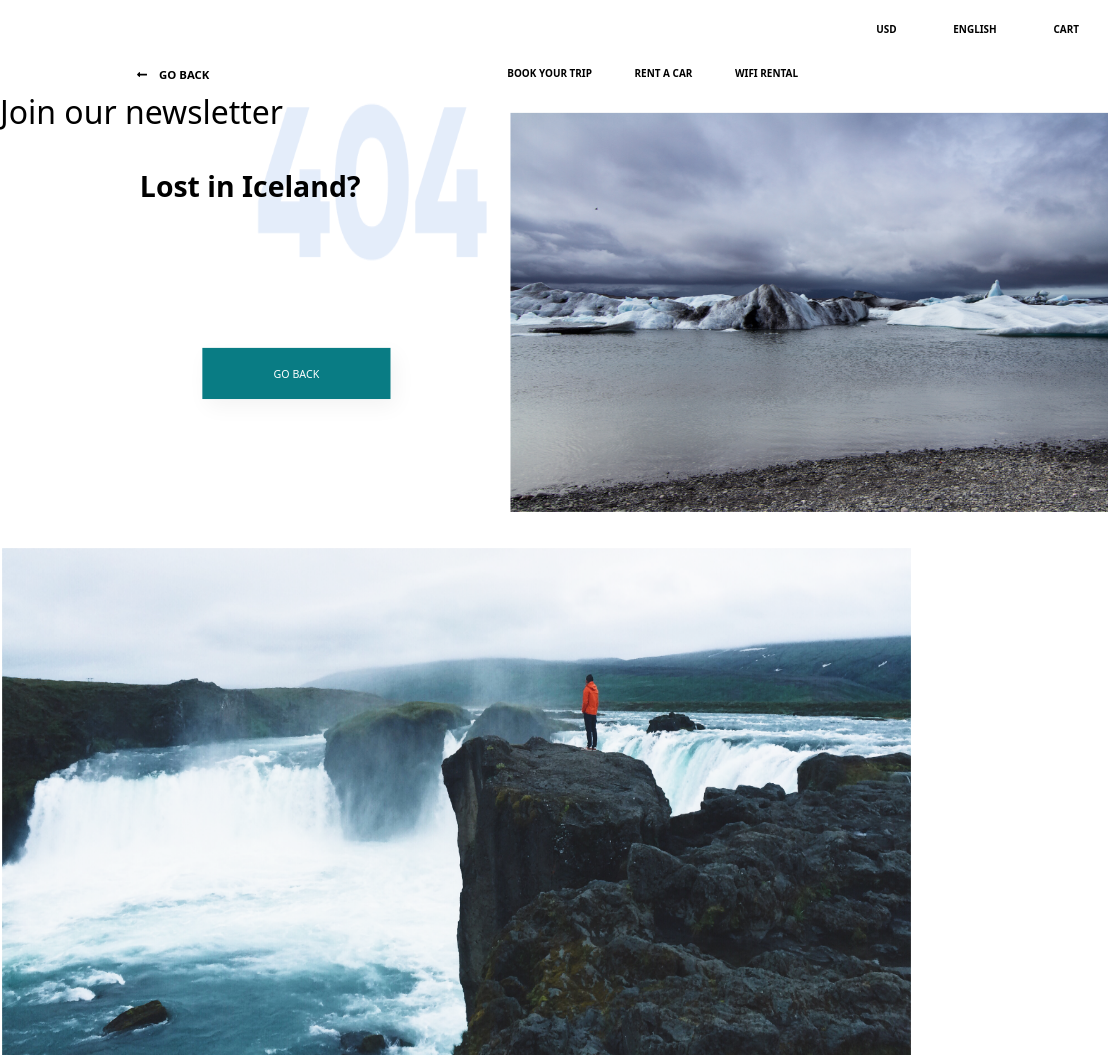
Repository: uh-sman/Iceland
Page: /
These files come from the project's save history. The page is drawn as it stood at one moment and after the next save; the edit follows.
The browser window is 1280 px wide. The page is 1561 px wide, so the pictures cover 1561 px, including what lies to the right of the window. The pictures show the whole page, at 71% of full size.
The project was rebuilt for these pictures with package versions that can differ from the ones it lists, and the page was loaded fresh each time.

Above is the page before, as saved 2022-09-08 22:46:06.

After the next save:
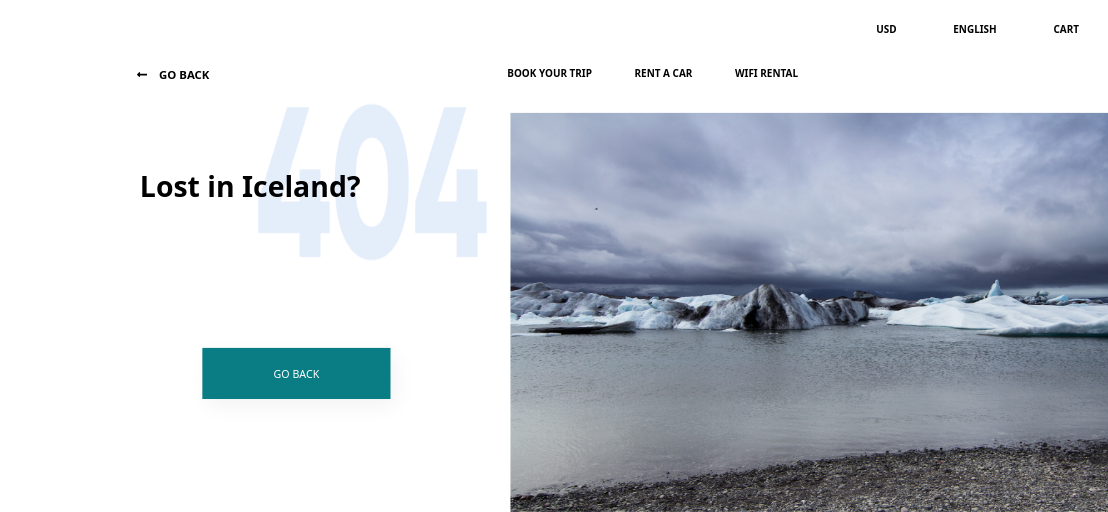
Saved 38 s later.
--- a/src/components/FullNav.jsx
+++ b/src/components/FullNav.jsx
@@ -10,9 +10,7 @@ export const FullNav = () => {
       <Topnav />
       <Bottomnav />
       <Hero />
-      <div className="h-[51px]">
-        <Newsletter />
-      </div>
+      <div className="h-[51px]">{/* <Newsletter /> */}</div>
     </div>
   );
 };
